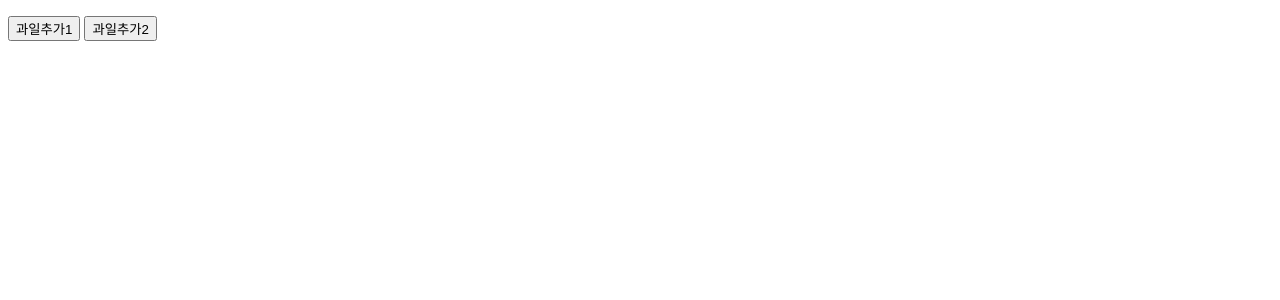
Repository: LeeJungHoon1/javaWeb
Page: ajaxPrj_09_6/src/main/webapp/jquery2.html
An editor plug-in stored every save of this project. The page is shown before and after the next save, followed by the edit.
The browser window is 1280 px wide. The pictures show the whole page.
After loading, the first visible `button[onclick="add2()"]` was clicked once.

Above is the page before, as saved 2023-09-06 01:36:06.

### ajaxPrj_09_6/src/main/webapp/jquery2.html
<!DOCTYPE html>
<html>
<head>
<meta charset="UTF-8">
<title>Insert title here</title>
<script src="https://ajax.googleapis.com/ajax/libs/jquery/3.7.0/jquery.min.js"></script>

<script>
	function add1(){
		//alert("asd");
		let ul = document.getElementByid("fruit_list");
		let li = document.createElement("li");
		li.innerHTML = "포도";
		ul.appendChild(li);
	}

	function add2(){
		//alert("wdwdw");
	}

</script>
</head>
<body>

	<ul id="fruit_list">
	</ul>

	<button onclick="add1()">과일추가1</button>
	<button onclick="add2()">과일추가2</button>

</body>
</html>

After the next save:
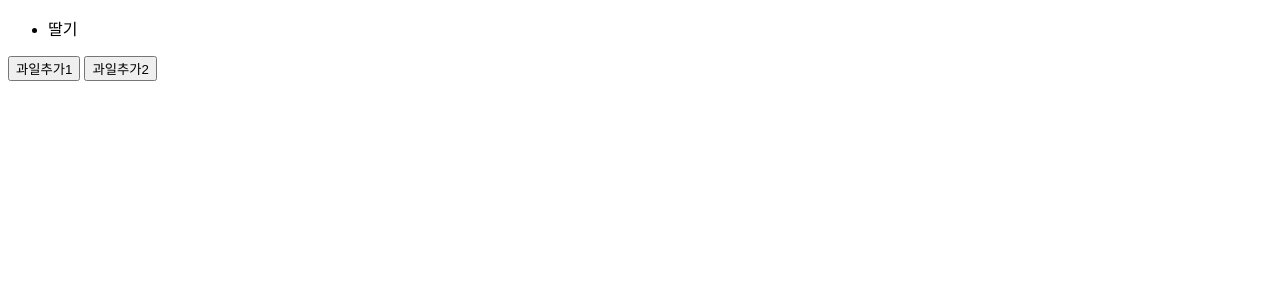
Saved 59 s later.
--- a/ajaxPrj_09_6/src/main/webapp/jquery2.html
+++ b/ajaxPrj_09_6/src/main/webapp/jquery2.html
@@ -16,6 +16,8 @@
 
 	function add2(){
 		//alert("wdwdw");
+		$("#fruit_list").append("<li>딸기</li>");
+
 	}
 
 </script>
